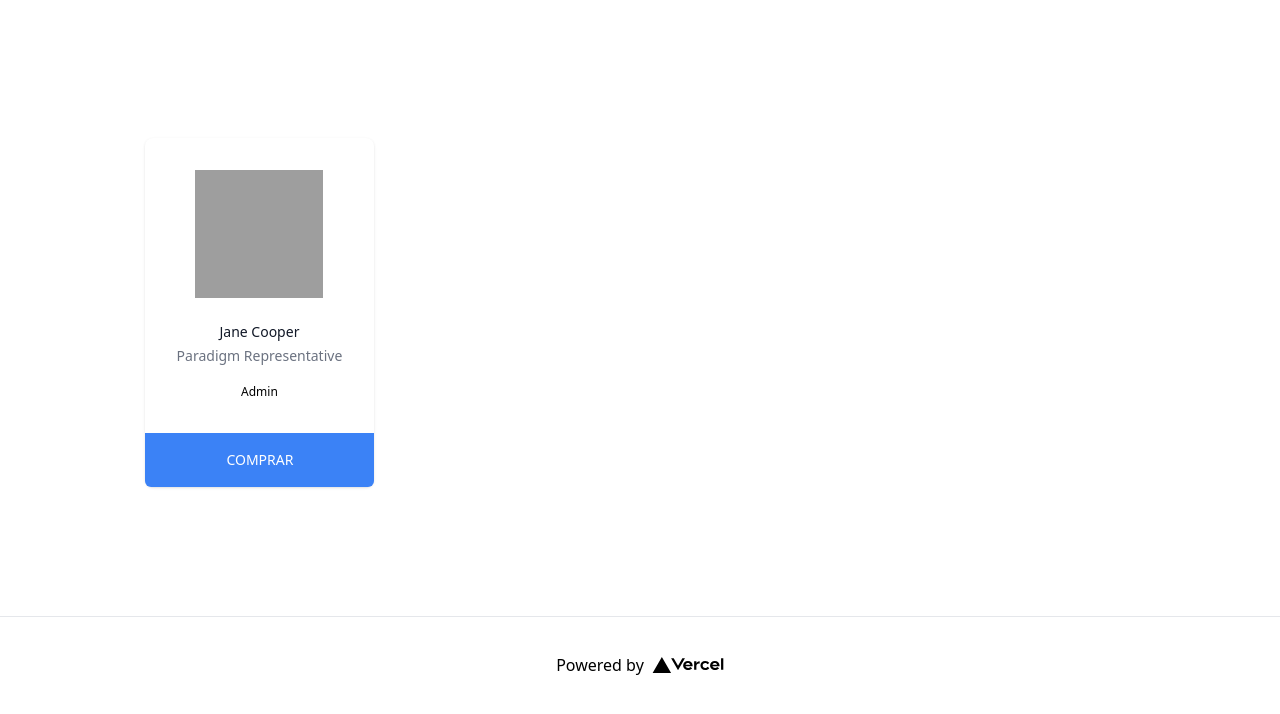
Repository: LuisSempre/mks
Page: /
The author's editor kept a copy of each file at every save. The page is drawn from the files as they stood at one save, then again after the next save.
The browser window is 1280 px wide. The pictures show the whole page.
Pictures or frames that could not be fetched are drawn as grey boxes. The project was rebuilt for these pictures with package versions that can differ from the ones it lists, and the page was loaded fresh each time. The framework's server and built-in components were replaced by stand-ins that run in the browser. Also part of the build but not shown: next.config.js.

Above is the page before, as saved 2023-01-23 21:41:54.

### pages/index.tsx
import type { NextPage } from "next";
import Head from "next/head";
import Image from "next/image";
import ProductGrid from "../components/ProductsGrid";

const Home: NextPage = () => {
  return (
    <div className='flex flex-col items-center justify-center min-h-screen py-2'>
      <Head>
        <title>Create Next App</title>
        <link rel='icon' href='/favicon.ico' />
      </Head>

      <main className='flex flex-col items-center justify-center flex-1 w-full px-20 text-center'>
        <ProductGrid />
      </main>

      <footer className='flex items-center justify-center w-full h-24 border-t'>
        <a
          className='flex items-center justify-center gap-2'
          href='https://vercel.com?utm_source=create-next-app&utm_medium=default-template&utm_campaign=create-next-app'
          target='_blank'
          rel='noopener noreferrer'
        >
          Powered by{" "}
          <Image src='/vercel.svg' alt='Vercel Logo' width={72} height={16} />
        </a>
      </footer>
    </div>
  );
};

export default Home;

### components/ProductsGrid.tsx
const people = [
  {
    name: "Jane Cooper",
    title: "Paradigm Representative",
    role: "Admin",
    email: "Comprar",
    telephone: "+1-202-555-0170",
    imageUrl:
      "https://images.unsplash.com/photo-1494790108377-be9c29b29330?ixlib=rb-1.2.1&ixid=eyJhcHBfaWQiOjEyMDd9&auto=format&fit=facearea&facepad=4&w=256&h=256&q=60",
  },
  // More people...
];

export default function ProductGrid() {
  return (
    <ul
      role='list'
      className='grid grid-cols-1 gap-6 sm:grid-cols-2 md:grid-cols-3 lg:grid-cols-4'
    >
      {people.map((person) => (
        <li
          key={person.email}
          className='flex flex-col col-span-1 text-center bg-white rounded-lg shadow'
        >
          <div className='flex flex-col flex-1 p-8'>
            <img
              className='flex-shrink-0 w-32 h-32 mx-auto'
              src={person.imageUrl}
              alt=''
            />
            <h3 className='mt-6 text-sm font-medium text-gray-900'>
              {person.name}
            </h3>
            <dl className='flex flex-col justify-between flex-grow mt-1'>
              <dt className='sr-only'>Title</dt>
              <dd className='text-sm text-gray-500'>{person.title}</dd>
              <dt className='sr-only'>Role</dt>
              <dd className='mt-3'>
                <span className='px-2 py-1 text-xs font-medium'>
                  {person.role}
                </span>
              </dd>
            </dl>
          </div>
          <div>
            <div className='flex -mt-px bg-blue-500 rounded-b-md'>
              <div className='flex flex-1 w-0 '>
                <a className='relative inline-flex items-center justify-center flex-1 w-0 py-4 -mr-px text-sm font-medium text-white text-gray-700 uppercase border border-transparent rounded-bl-lg hover:text-gray-500'>
                  {person.email}
                </a>
              </div>
            </div>
          </div>
        </li>
      ))}
    </ul>
  );
}

Loaded but not shown: pages/_app.tsx (common file); styles/globals.css (common file); tailwind.config.js (common file)

After the next save:
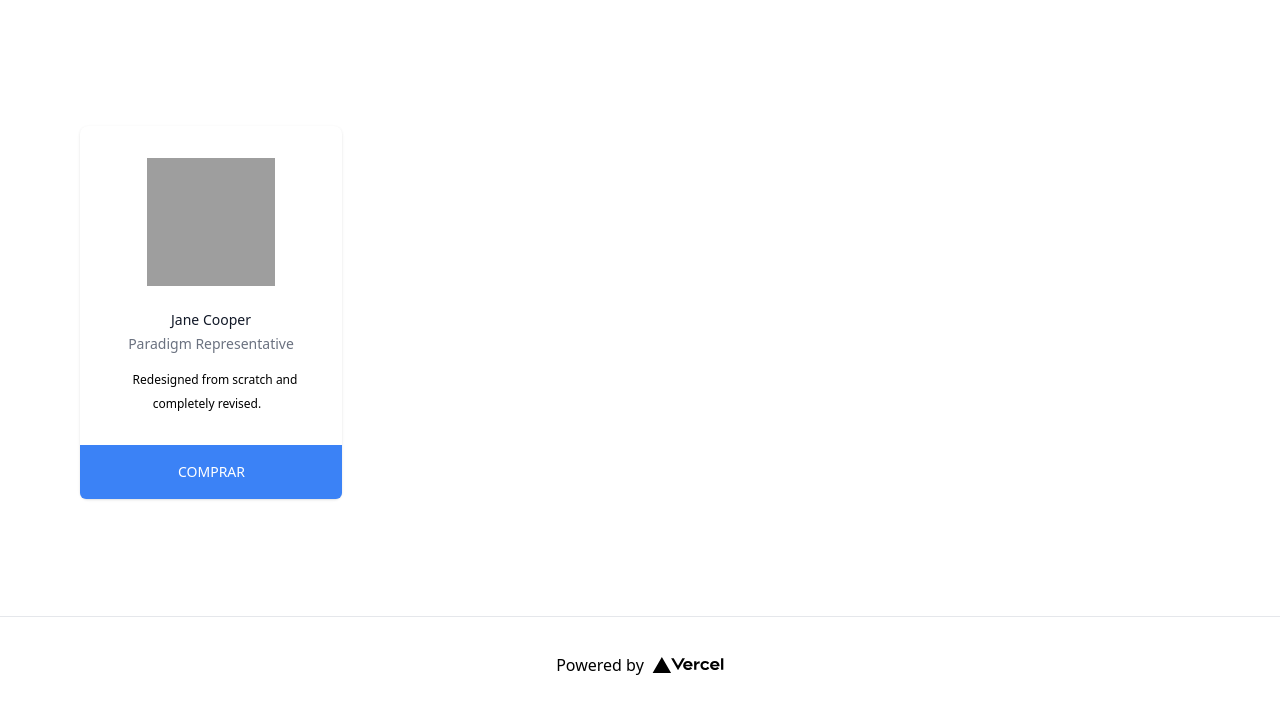
Saved 23 s later.
--- a/components/ProductsGrid.tsx
+++ b/components/ProductsGrid.tsx
@@ -2,7 +2,7 @@
   {
     name: "Jane Cooper",
     title: "Paradigm Representative",
-    role: "Admin",
+    role: "Redesigned from scratch and completely revised.",
     email: "Comprar",
     telephone: "+1-202-555-0170",
     imageUrl:
